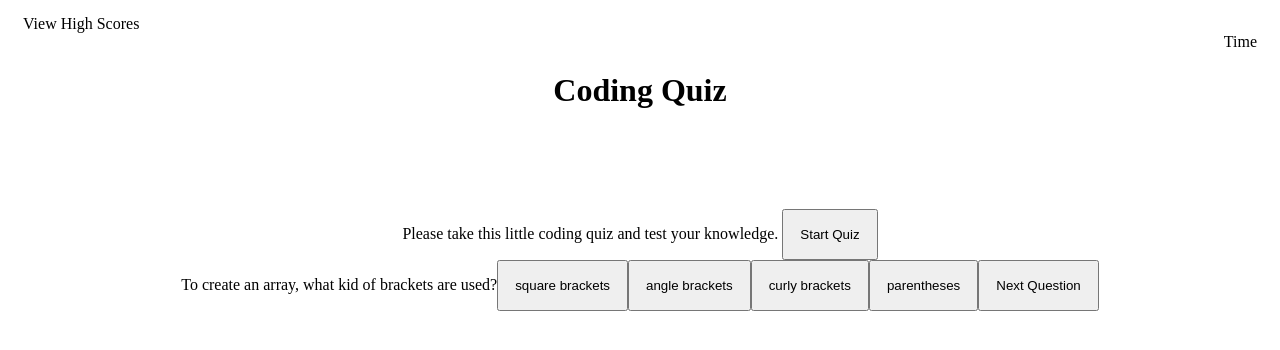
Repository: Naomilounsbury/code-quiz
Page: index.html
These files come from the project's save history. The page is drawn as it stood at one moment and after the next save; the edit follows.
The browser window is 1280 px wide. The pictures show the whole page.
After loading, the first visible `button` was clicked once.

Above is the page before, as saved 2021-11-28 09:39:50.

After the next save:
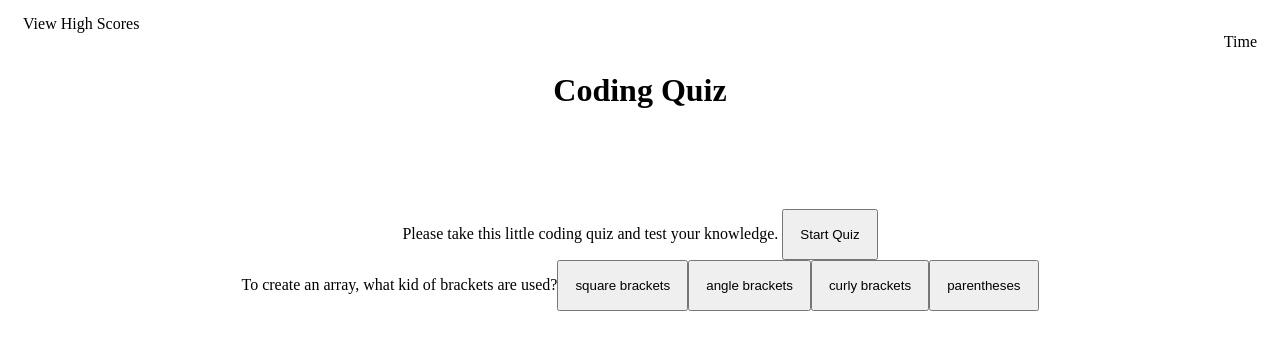
Console error: ReferenceError: button is not defined
Saved 4 min 55 s later.
--- a/assets/js/script.js
+++ b/assets/js/script.js
@@ -39,7 +39,8 @@
     //i need a btn to go to the next question but its not working
     btn.innerHTML = "Next Question"
     //fuck you buttons
-    btn.onclick = nextQuestion
+    btn.type="button"
+    button.addEventListener("click", nextQuestion);
     questionDivEl.appendChild(btn);
 
 

After the 2 saves that followed:
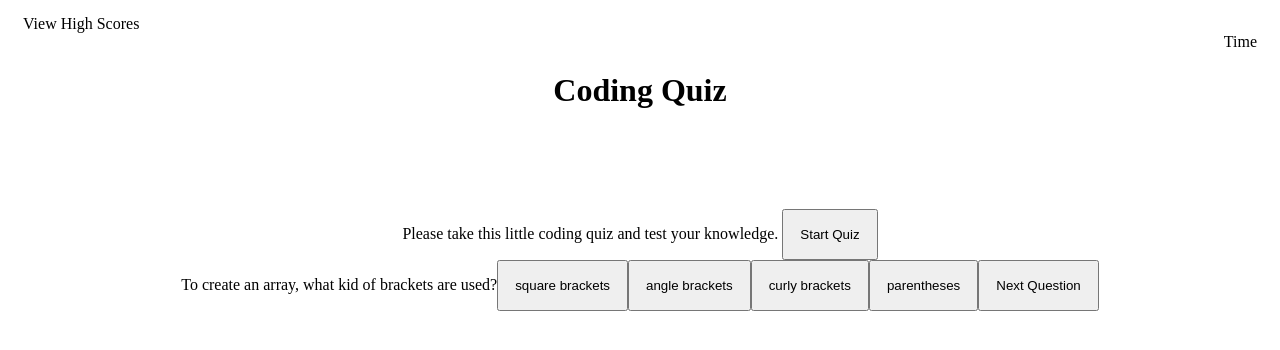
The error is gone.
The 2 saves are shown as one change because 1 left the picture as it was.
The last was saved 83 s later.
--- a/assets/js/script.js
+++ b/assets/js/script.js
@@ -40,7 +40,7 @@
     btn.innerHTML = "Next Question"
     //fuck you buttons
     btn.type="button"
-    button.addEventListener("click", nextQuestion);
+    btn.addEventListener("click", nextQuestion);
     questionDivEl.appendChild(btn);
 
 
